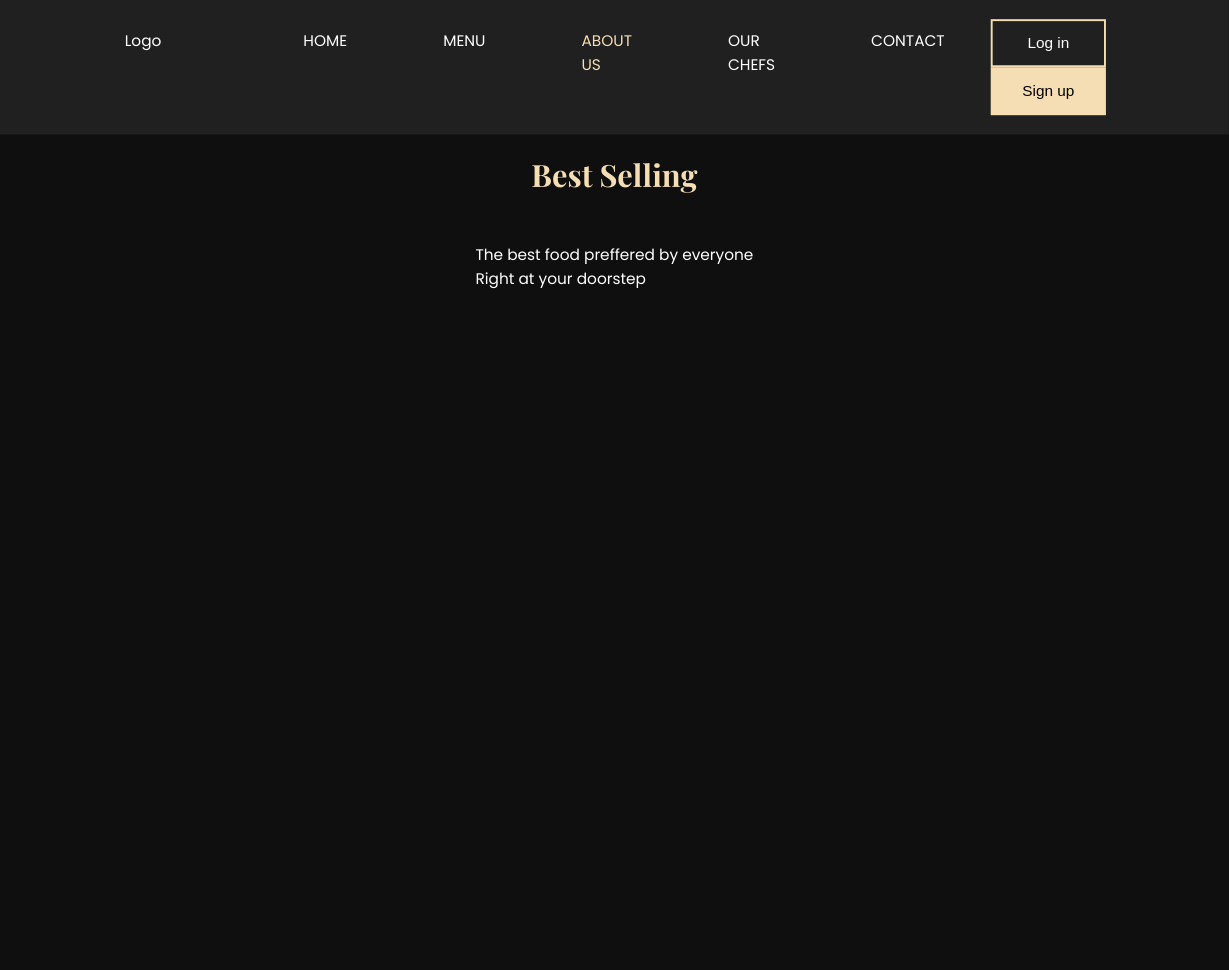
Repository: ThisIsSahaj/NSP
Page: about.html
An editor plug-in stored every save of this project. The page is shown before and after the next save, followed by the edit.
The browser window is 1280 px wide. The pictures show the whole page, at 96% of full size.

Above is the page before, as saved 2023-12-26 22:06:15.

After the next save:
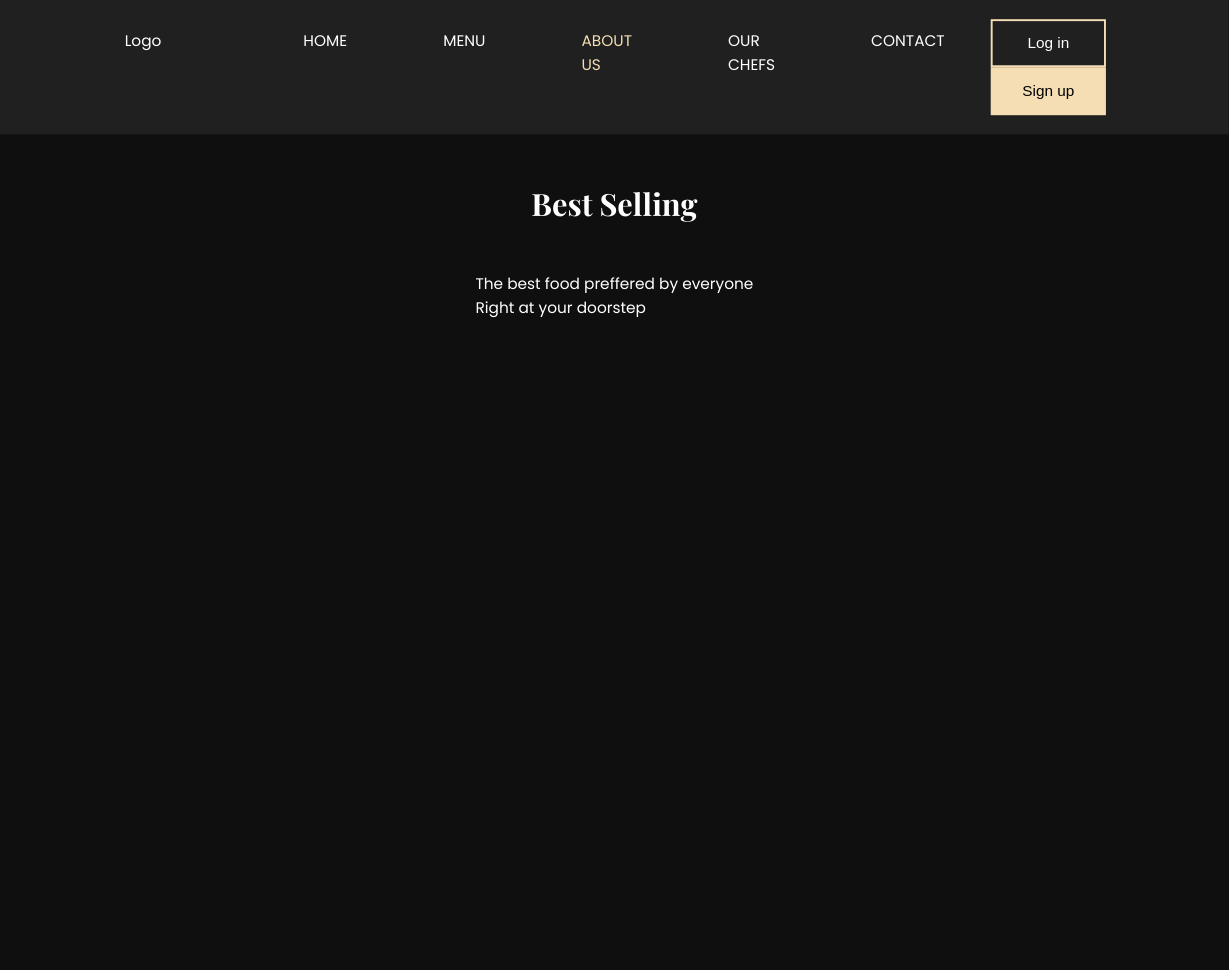
Saved 14 s later.
--- a/about.html
+++ b/about.html
@@ -31,7 +31,7 @@
 </header>
 
 <div class="about">
-    <h1 style="color: wheat; margin-top: 20px; ">Best Selling</h1>
+    <h1>Best Selling</h1>
     <div>
         <p>The best food preffered by everyone</p>
         <p>Right at your doorstep</p>
